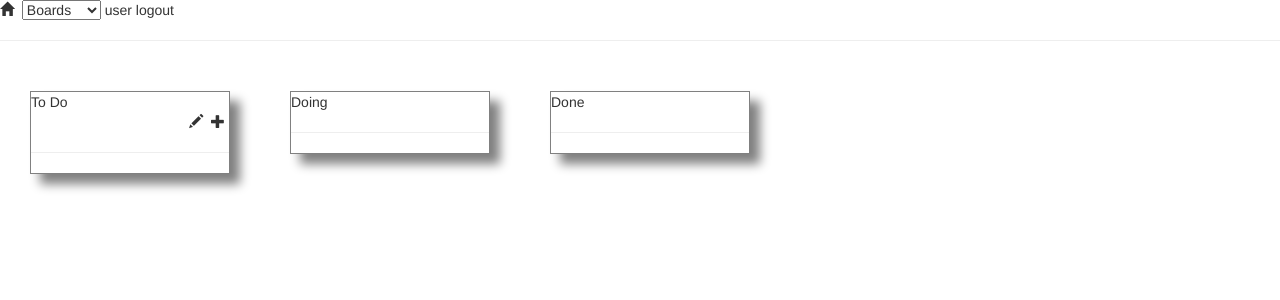
Repository: KIM-KYOUNG-OH/bitcamp-window
Page: Note/WebContent/front/note.html
The author's editor kept a copy of each file at every save. The page is drawn from the files as they stood at one save, then again after the next save.
The browser window is 1280 px wide. The pictures show the whole page.

Above is the page before, as saved 2020-10-30 08:26:29.

After the next save:
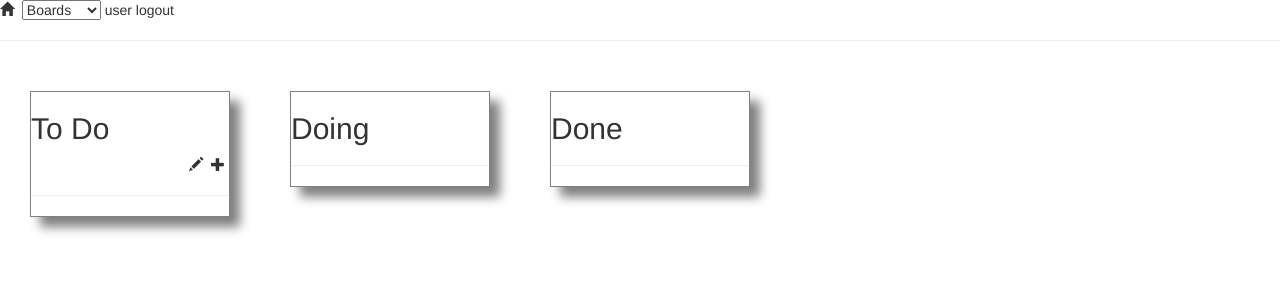
Saved 2 min 6 s later.
--- a/Note/WebContent/front/note.html
+++ b/Note/WebContent/front/note.html
@@ -295,7 +295,7 @@ function showDatas(){
 	<span>logout</span>
 	<hr>
 <div id='body'></div>
-	<div class='boards'><input type="text" class='board_title'><span>To Do</span><br>
+	<div class='boards'><h2>To Do</h2>
 	<div class='icon'>
 		<span class="glyphicon glyphicon-pencil"></span>&nbsp;
 		<span class="add_data glyphicon glyphicon-plus" id='create_data'></span>&nbsp;
@@ -303,9 +303,9 @@ function showDatas(){
 	<div id='datas' class='daaas'></div>
 	</div>
 
-	<div class='boards'><input type="text" class='board_title'><span>Doing</span><br>
+	<div class='boards'><h2>Doing</h2>
 	<hr></div>
-	<div class='boards'><input type="text" class='board_title'><span>Done</span><br>
+	<div class='boards'><h2>Done</h2>
 	<hr></div>
 </body>
 </html>
